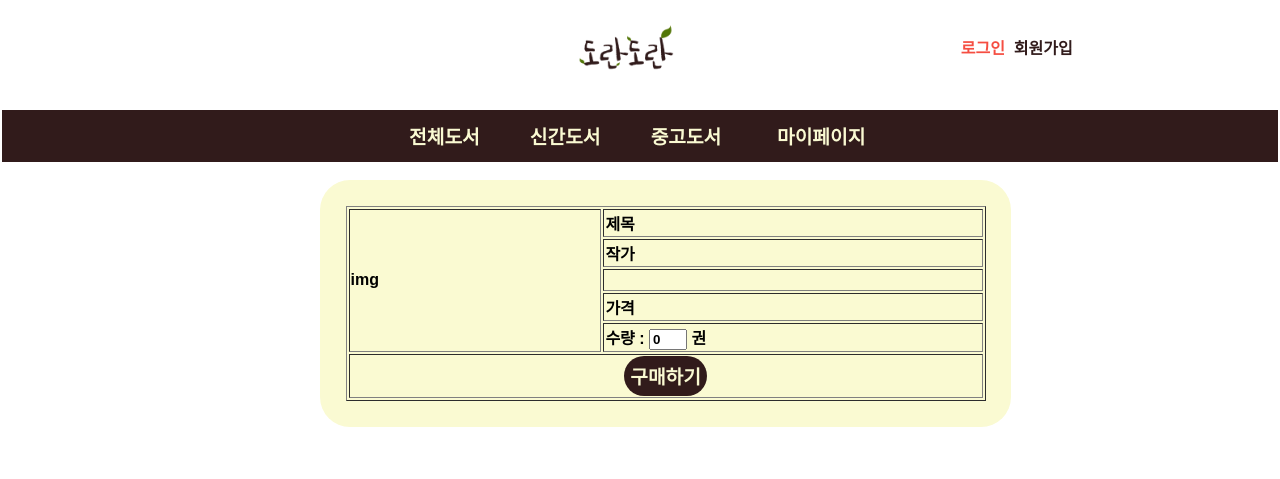
Repository: juhyun110701/DORANDORAN
Page: http://localhost/dorandoran/bookView.jsp
These files come from the project's save history. The page is drawn as it stood at one moment and after the next save; the edit follows.
The browser window is 1280 px wide. The pictures show the whole page.
Some web fonts or font styles are not loaded; a fallback is used. The page is served by Tomcat 9.

Above is the page before, as saved 2019-07-31 12:32:49.

After the next save:
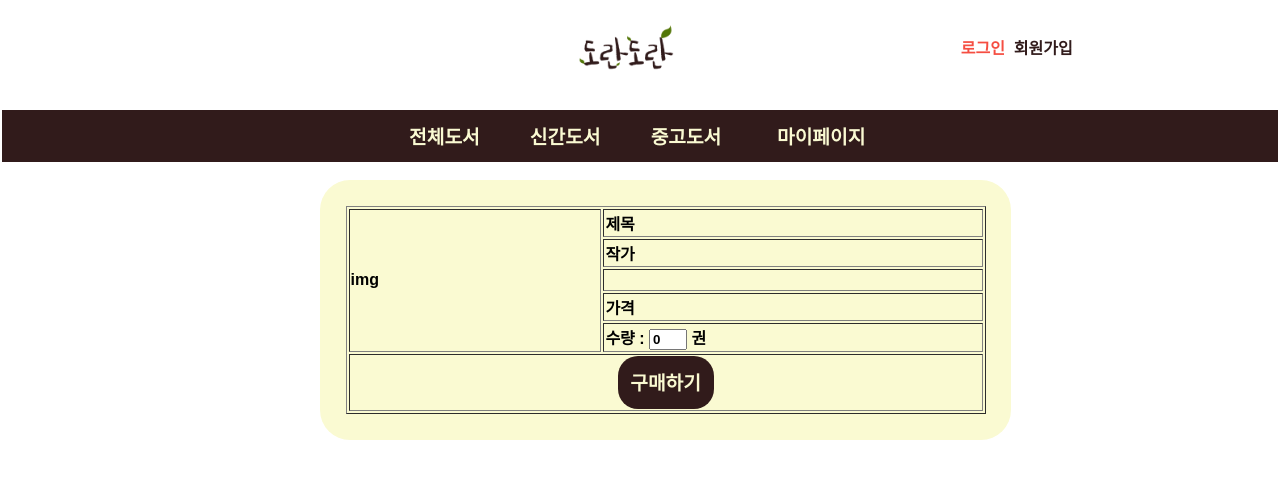
Saved 15 s later.
--- a/dorandoran/WebContent/css/bookView.css
+++ b/dorandoran/WebContent/css/bookView.css
@@ -30,7 +30,7 @@ a{
 	border-radius:20px;
 	border:0;
 	outline:0;
-	padding:1%;
+	padding:2%;
 	font-size:120%;
 }
 
